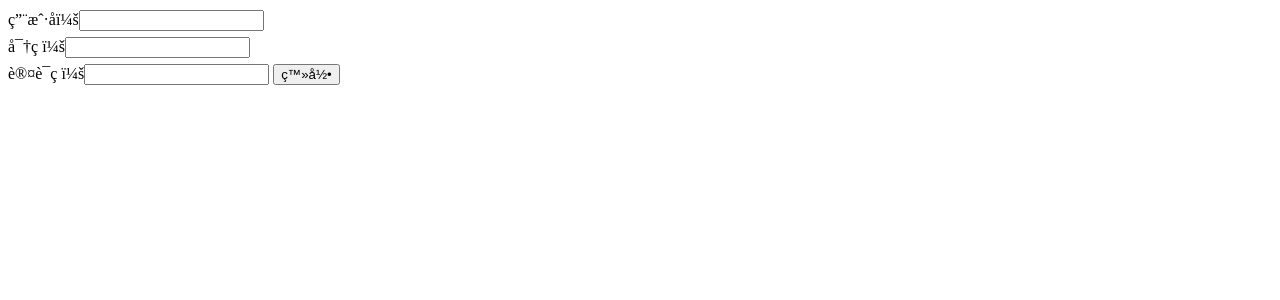
Repository: wsws1996/myproject
Page: java/workspace/day07/WebRoot/login2.html
An editor plug-in stored every save of this project. The page is shown before and after the next save, followed by the edit.
The browser window is 1280 px wide. The pictures show the whole page.

Above is the page before, as saved 2015-11-13 02:32:14.

### java/workspace/day07/WebRoot/login2.html
<!DOCTYPE html>
<html>
<head>
<title>登录页面</title>

<meta name="keywords" content="keyword1,keyword2,keyword3">
<meta name="description" content="this is my page">
<meta name="content-type" content="text/html; charset=UTF-8">

<!--<link rel="stylesheet" type="text/css" href="./styles.css">-->

</head>

<body>
	<form action="/day07/servlet/LoginServlet" method="post">
		用户名：<input type="text" name="username"><br> 密码：<input
			type="text" name="password"><br> 认证码：<input type="text"
			name="checkcode"> <input type="submit" value="登录"><br />
	</form>
</body>
</html>

After the next save:
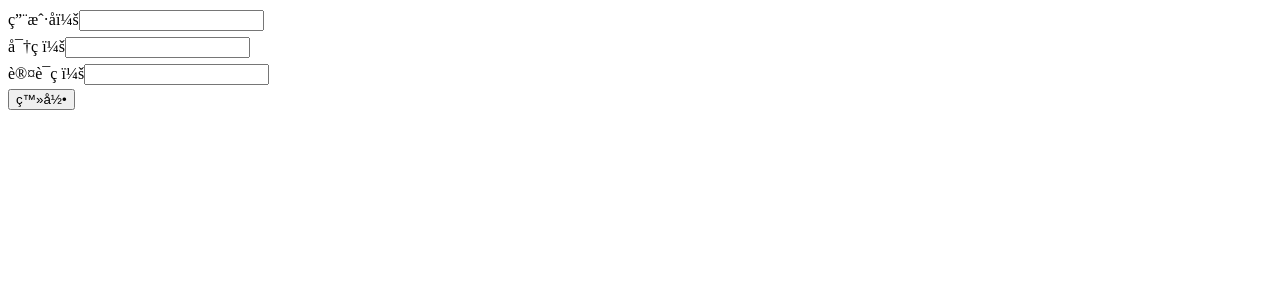
Saved 29 s later.
--- a/java/workspace/day07/WebRoot/login2.html
+++ b/java/workspace/day07/WebRoot/login2.html
@@ -15,7 +15,7 @@
 	<form action="/day07/servlet/LoginServlet" method="post">
 		用户名：<input type="text" name="username"><br> 密码：<input
 			type="text" name="password"><br> 认证码：<input type="text"
-			name="checkcode"> <input type="submit" value="登录"><br />
+			name="checkcode"><br> <input type="submit" value="登录"><br />
 	</form>
 </body>
 </html>
